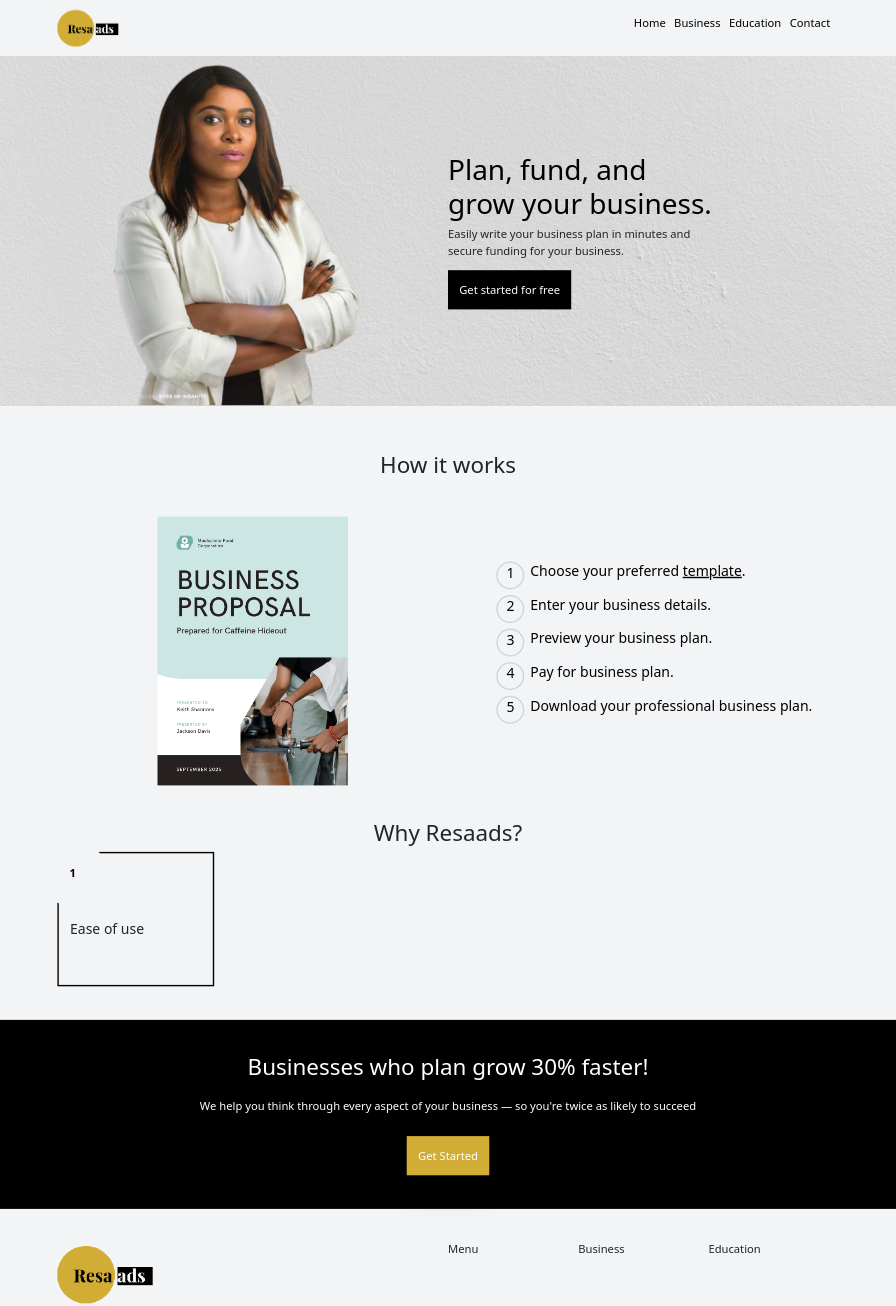
Repository: latenightsnacc/resaads-consults
Page: index.html
An editor plug-in stored every save of this project. The page is shown before and after the next save, followed by the edit.
The browser window is 1280 px wide. The pictures show the whole page, at 70% of full size.
Some web libraries are served in a nearby version.

Above is the page before, as saved 2021-08-05 12:38:50.

After the next save:
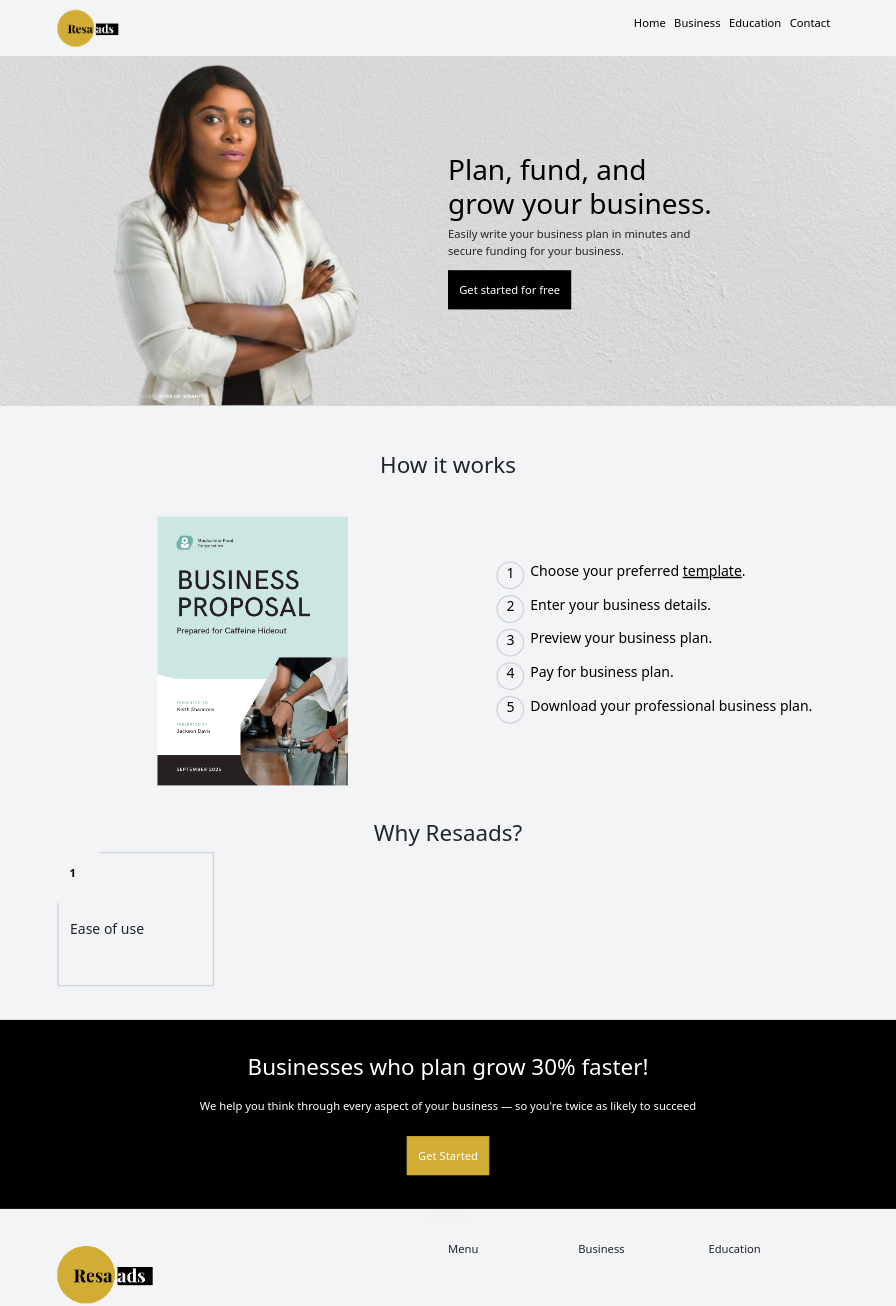
Saved 28 s later.
--- a/index.html
+++ b/index.html
@@ -122,7 +122,7 @@
                 <h2 class="text-center">Why Resaads?</h2>
                 <div class="flex flex-row">
                     <div class="w-1/3">
-                        <div class="relative w-56 h-48 hover:shadow-2xl border-2 border-black p-3">
+                        <div class="relative w-56 h-48 hover:shadow-2xl border-2 border-gray-300 p-3">
                             <div class="absolute -left-7 -top-5">
                                 <div class="flex flex-row justify-center items-center bg-gray-100 rounded-full w-24 h-24">
                                     <div class="text-black font-black">1</div>
